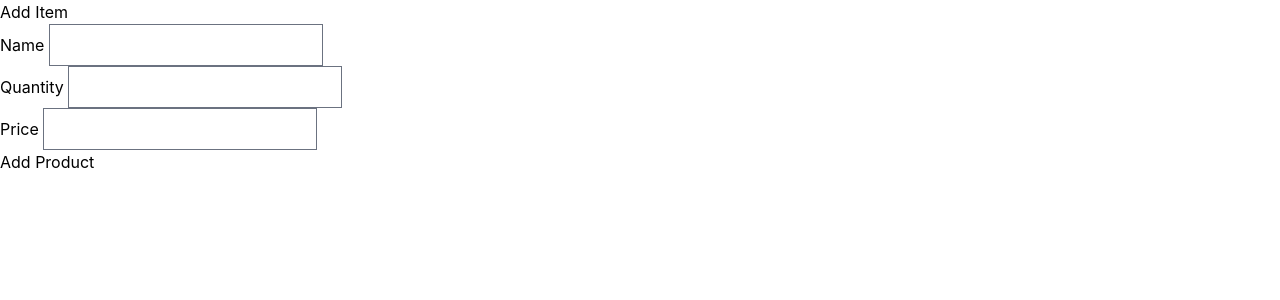
Repository: kimjayluta/first-node
Page: index.html
An editor plug-in stored every save of this project. The page is shown before and after the next save, followed by the edit.
The browser window is 1280 px wide. The pictures show the whole page.
Empty fields were first filled with sample values (such as "Sample", 5 or name@example.com).
After loading, the first visible `#addItemForm` was submitted once.
The page's requests for data from a server got no answer. Some web libraries are served in a nearby version.

Above is the page before, as saved 2024-05-16 22:11:06.

After the next save:
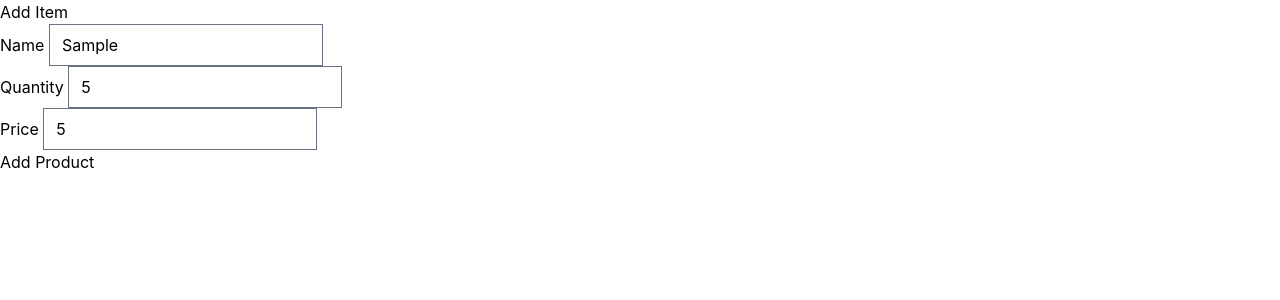
Saved 4 min 35 s later.
--- a/index.html
+++ b/index.html
@@ -35,7 +35,7 @@
             const price = document.getElementById('price').value;
 
             try {
-                const response = await fetch('/', {
+                const response = await fetch('/api/products', {
                     method: 'POST',
                     headers: {
                         'Content-Type': 'application/json'
